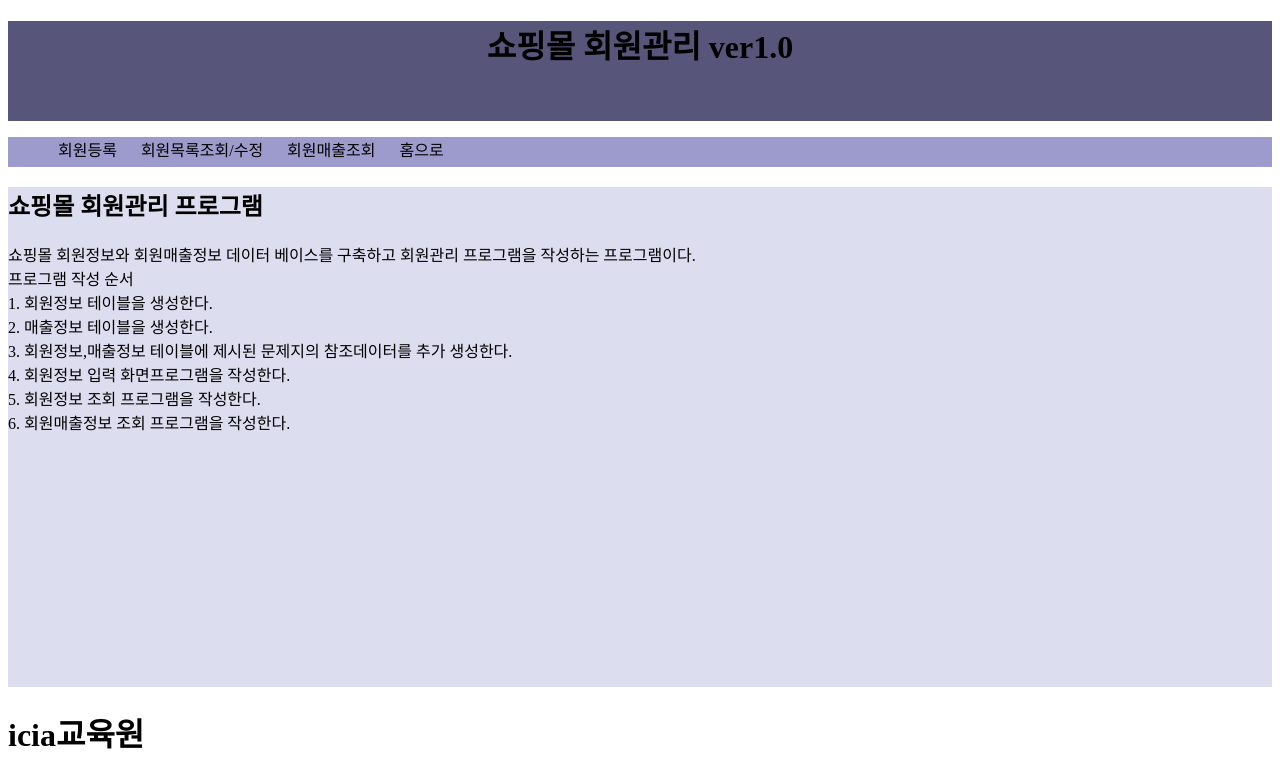
Repository: Kim-seongjun/javastudy2
Page: http://localhost/back_end_test/
The author's editor kept a copy of each file at every save. The page is drawn from the files as they stood at one save, then again after the next save.
The browser window is 1280 px wide. The pictures show the whole page.
The page is served by Tomcat 9.

Above is the page before, as saved 2020-01-22 01:32:01.

After the next save:
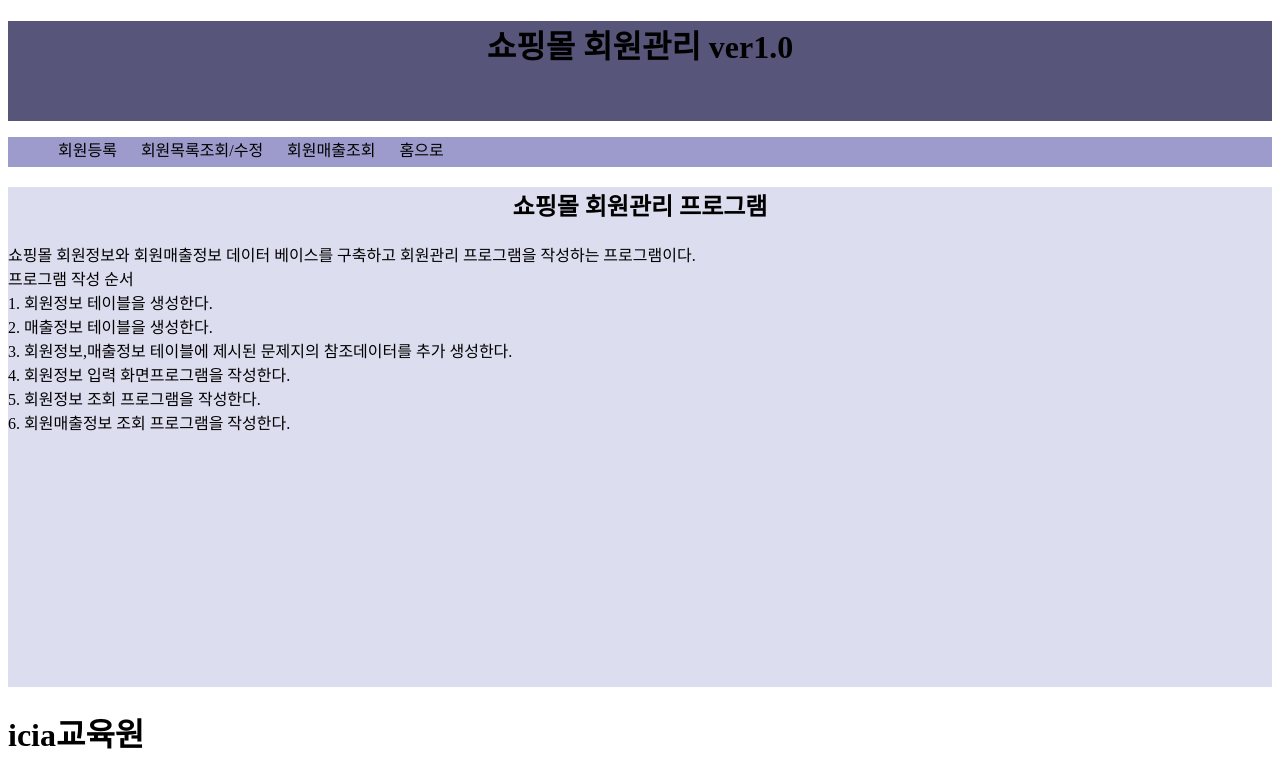
Saved 15 s later.
--- a/back_end_test/WebContent/menu.jsp
+++ b/back_end_test/WebContent/menu.jsp
@@ -7,7 +7,7 @@
 <title>Insert title here</title>
 </head>
 <body>
-<h1>쇼핑몰 회원관리 프로그램</h1>
+<h1 style="text-align: center;">쇼핑몰 회원관리 프로그램</h1>
 쇼핑몰 회원정보와 회원매출정보 데이터 베이스를 구축하고 회원관리 프로그램을 작성하는 프로그램이다.<br>
 프로그램 작성 순서<br>
 1. 회원정보 테이블을 생성한다.<br>
